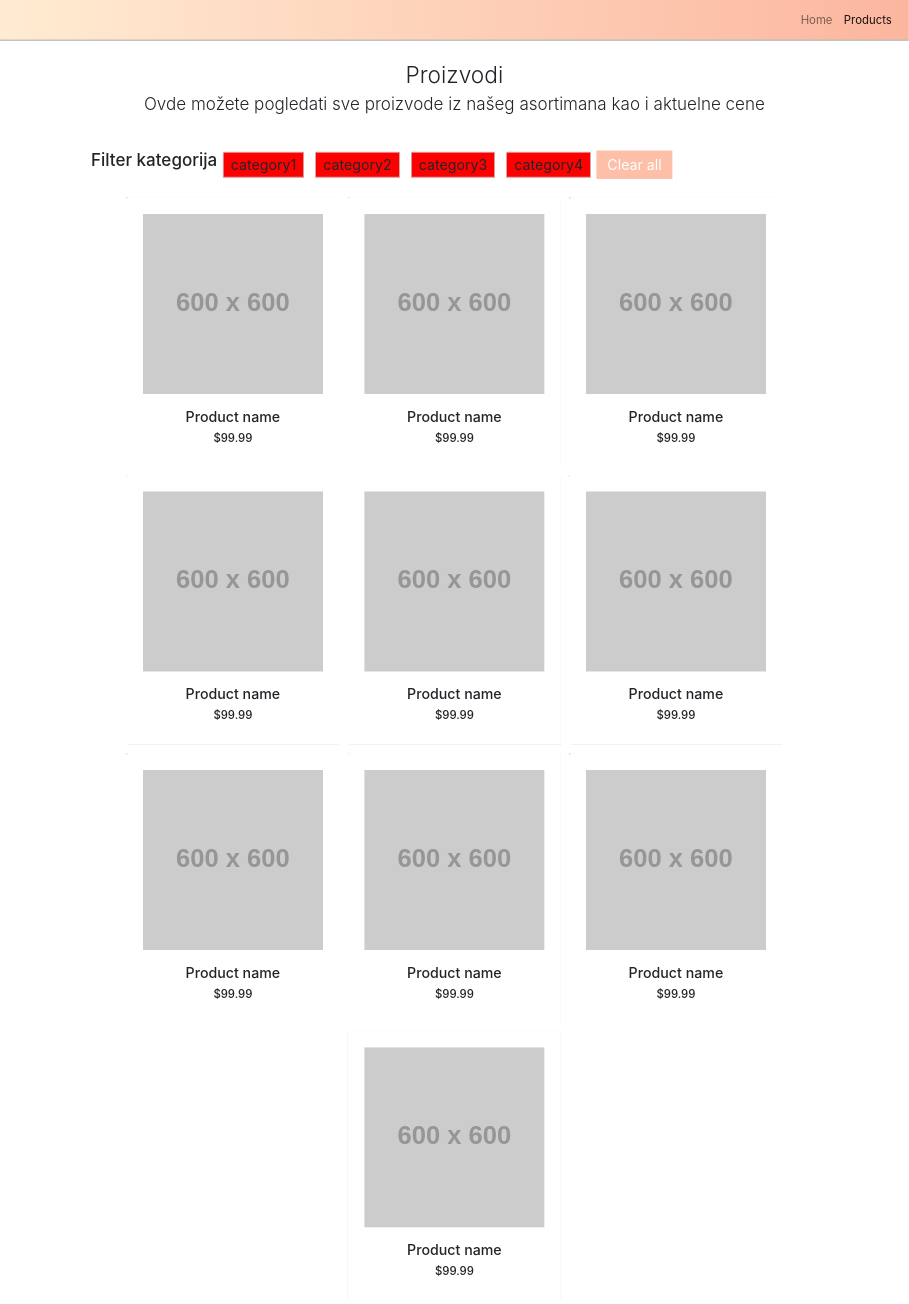
Repository: StevanFilipovic/TemplateForSinglepageWebsite
Page: products.html
An editor plug-in stored every save of this project. The page is shown before and after the next save, followed by the edit.
The browser window is 1280 px wide. The pictures show the whole page, at 71% of full size.
Some web libraries are served in a nearby version.

Above is the page before, as saved 2018-06-14 16:19:54.

After the next save:
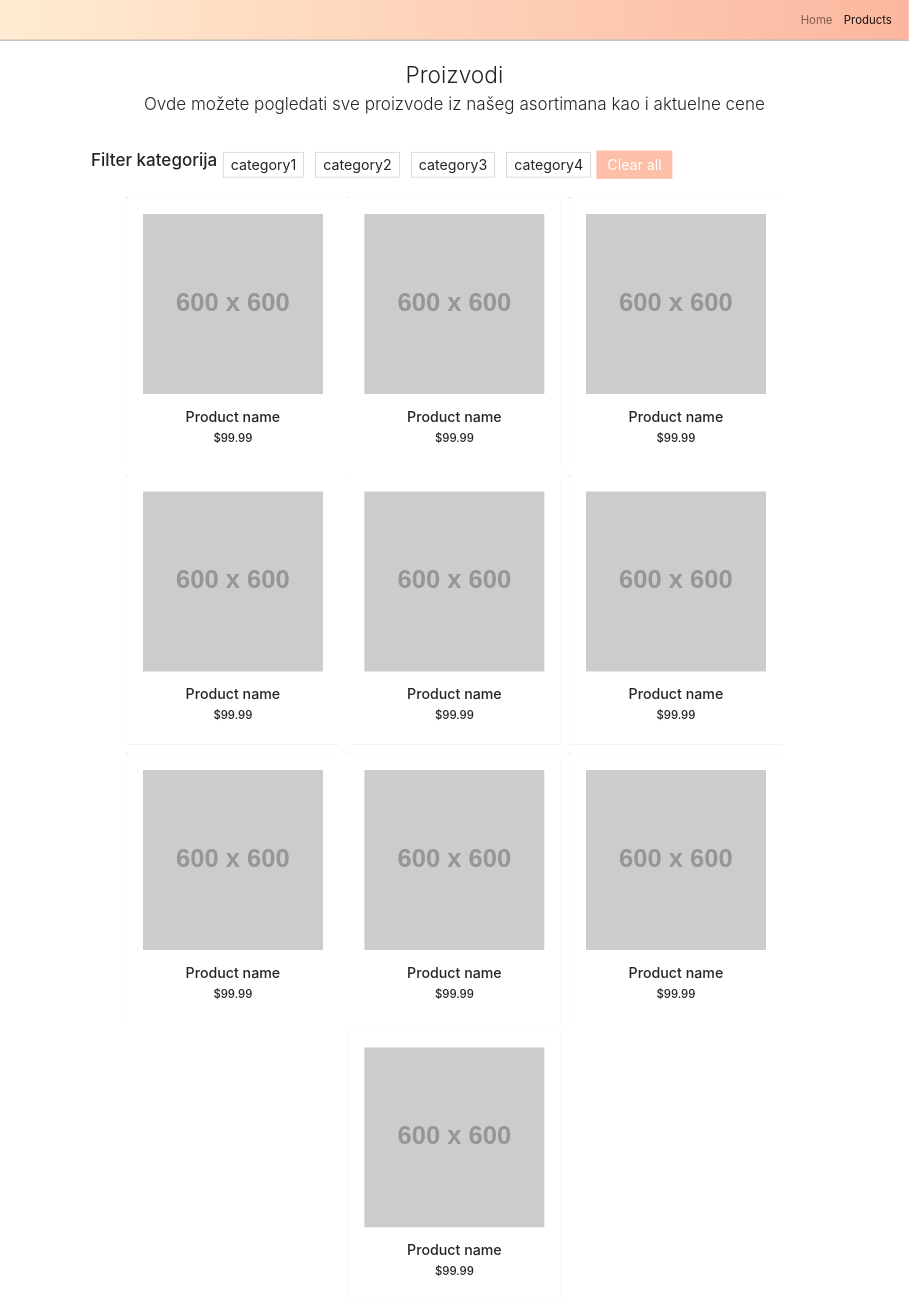
Saved 8 s later.
--- a/products-page-style.css
+++ b/products-page-style.css
@@ -97,10 +97,6 @@
     user-select: none;
     border: 1px solid #cccccc;
     padding: 2px 10px;
-    background-color: red;
-  }
-  .filter-container.select{
-    background-color: blue;
   }
 
 
